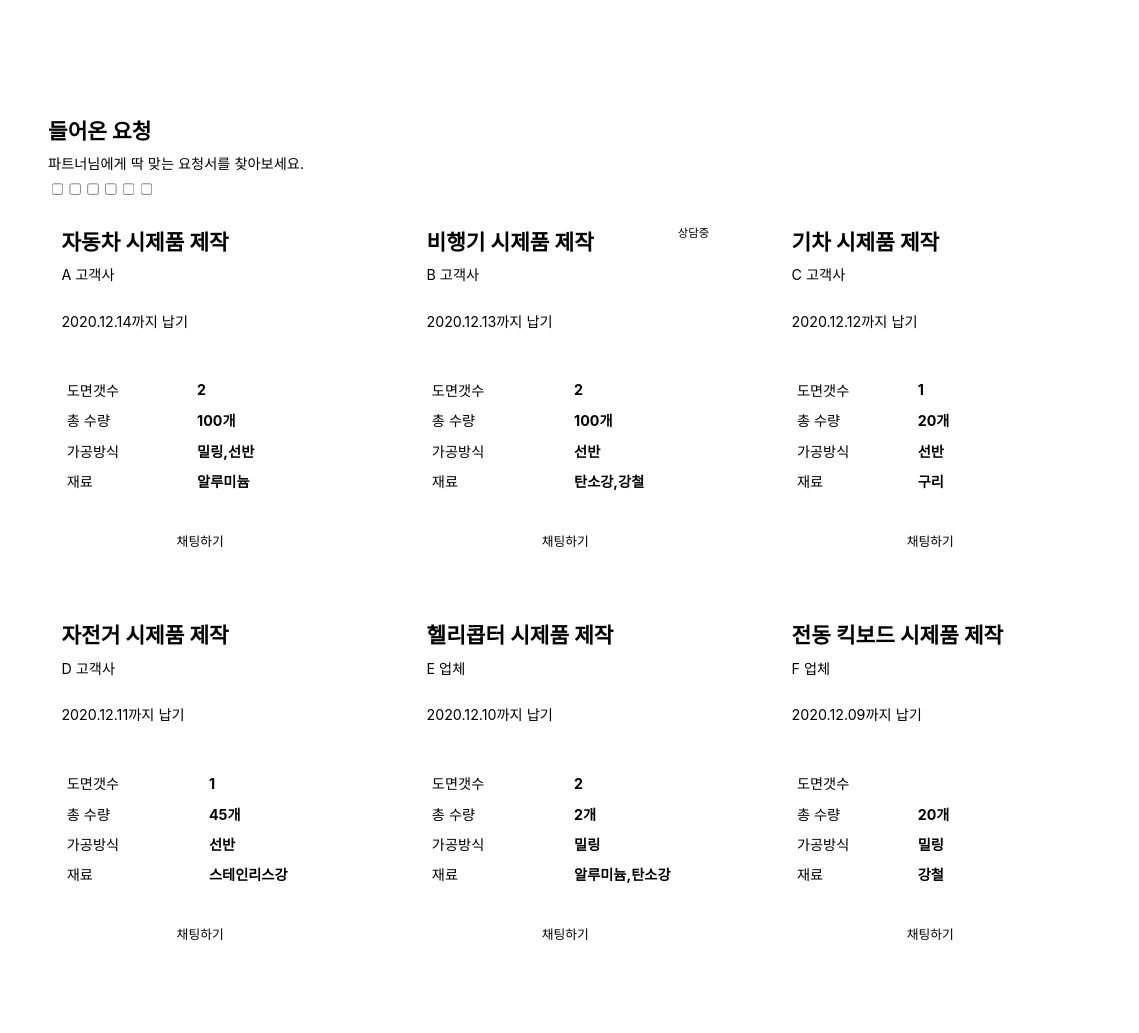
Repository: seoulsaram/capa
Page: /
These files come from the project's save history. The page is drawn as it stood at one moment and after the next save; the edit follows.
The browser window is 1280 px wide. The pictures show the whole page, at 89% of full size.
The project was rebuilt for these pictures with package versions that can differ from the ones it lists, and the page was loaded fresh each time. Requests to the local data server were answered from the project's data file. Also part of the build but not shown: src/App.css, src/components/filter/filter.module.css.

Above is the page before, as saved 2021-03-06 02:34:46.

### public/index.html
<!DOCTYPE html>
<html lang="en">
  <head>
    <meta charset="utf-8" />
    <link rel="icon" href="%PUBLIC_URL%/favicon.ico" />
    <meta name="viewport" content="width=device-width, initial-scale=1" />
    <meta name="theme-color" content="#000000" />
    <meta name="description" content="Web site created using create-react-app" />

    <title>React App</title>
  </head>
  <body>
    <noscript>You need to enable JavaScript to run this app.</noscript>
    <div id="root"></div>
  </body>
</html>

### src/index.js
import React from "react";
import ReactDOM from "react-dom";
import "./index.css";
import App from "./app";
import RequestInfo from "./service/request_info";

const requestInfo = new RequestInfo();

ReactDOM.render(
  <React.StrictMode>
    <App requestInfo={requestInfo} />
  </React.StrictMode>,
  document.getElementById("root")
);

### src/App.js
import "./app.css";
import Header from "./components/header/header";
import ItemContainer from "./components/item_container/item_container";
import RequestBox from "./components/request_box/request_box";

function App({ requestInfo }) {
  return (
    <div>
      <Header />
      <ItemContainer requestInfo={requestInfo} />
    </div>
  );
}

export default App;

### src/service/request_info.js
class RequestInfo {
  constructor() {
    this.getrequestOptions = {
      method: "GET",
    };
  }

  async getInfo() {
    const response = await fetch("http://localhost:3002/requests", this.getrequestOptions);
    const res = await response.json();
    return res;
  }
}

export default RequestInfo;

### src/components/header/header.js
import React, { memo } from "react";
import styles from "./header.module.css";

const Header = (props) => (
  <div className={styles.header}>
    <div className={styles.headerLeft}>
      <p>CAPA</p>
      <p>파트너스</p>
    </div>
    <div className={styles.headerRight}>
      <p>A가공업체</p>
      <div className={styles.line}></div>
      <p>로그아웃</p>
    </div>
  </div>
);

export default Header;

### src/components/item_container/item_container.js
import React, { useEffect, useState } from "react";
import Filter from "../filter/filter";
import RequestBox from "../request_box/request_box";
import styles from "./item_container.module.css";

const ItemContainer = ({ requestInfo }) => {
  const [reqInfo, setReqInfo] = useState([]);

  useEffect(() => {
    requestInfo.getInfo().then((info) => setReqInfo(info));
  }, [requestInfo]);

  return (
    <section className={styles.section}>
      <h2 className={styles.title}>들어온 요청</h2>
      <p className={styles.desc}>파트너님에게 딱 맞는 요청서를 찾아보세요.</p>
      <Filter reqInfo={reqInfo} />
      <RequestBox reqInfo={reqInfo} />
    </section>
  );
};

export default ItemContainer;

### src/components/request_box/request_box.jsx
import React from "react";
import styles from "./request_box.module.css";

const RequestBox = ({ reqInfo }) => {
  return (
    <ul className={styles.cards}>
      {reqInfo.map((info) => (
        <div key={info.id} className={styles.card}>
          <div className={styles.top}>
            <div className={styles.titleContainer}>
              <h2>{info.title}</h2>
              {info.status === "상담중" && <div className={styles.status}>{info.status}</div>}
            </div>
            <p className={styles.client}>{info.client}</p>
            <p className={styles.due}>{info.due}까지 납기</p>
          </div>
          <div className={styles.line}></div>
          {/* 테이블 로만들기 */}
          <table className={styles.bottom}>
            <tbody className={styles.order}>
              <tr>
                <td className={styles.orderTitle}>도면갯수</td>
                <td className={styles.orderBold}>{info.count}</td>
              </tr>
              <tr>
                <td className={styles.orderTitle}>총 수량</td>
                <td className={styles.orderBold}>{info.amount}개</td>
              </tr>
              <tr>
                <td className={styles.orderTitle}>가공방식</td>
                <td className={styles.orderBold}>{info.method.join(",")}</td>
              </tr>
              <tr>
                <td className={styles.orderTitle}>재료</td>
                <td className={styles.orderBold}>{info.material.join(",")}</td>
              </tr>
            </tbody>
          </table>
          <div className={styles.btnContainer}>
            <button className={styles.reqBtn}>요청 내역 보기</button>
            <button className={styles.chatBtn}>채팅하기</button>
          </div>
        </div>
      ))}
    </ul>
  );
};

export default RequestBox;

// {
//     "id": 1,
//     "title": "자동차 시제품 제작",
//     "client": "A 고객사",
//     "due": "2020.12.14",
//     "count": 2,
//     "amount": 100,
//     "method": ["밀링", "선반"],
//     "material": ["알루미늄"],
//     "status": "대기중"
//   },

### src/components/header/header.module.css
@value MakeBlue from '../../common/color.css';

.header {
  display: flex;
  justify-content: space-between;
  padding: 5px 20px;
  background-color: MakeBlue;
  color: white;
}

.headerLeft {
  display: flex;
  align-items: center;
}

.headerRight {
  display: flex;
  align-items: center;
}

.line {
  width: 2px;
  height: 50%;
  background-color: white;
  margin: 0px 14px;
}

### src/components/filter/filter.jsx
import React from "react";
import styles from "./filter.module.css";

const Filter = ({ reqInfo }) => {
  return (
    <section className={styles.section}>
      {/* 가공방식 */}
      <div className={styles.filter}>
        <div>
          {reqInfo.map((num) => (
            <input type="checkbox" value={num.method} key={num.id} />
          ))}
          {console.log(reqInfo.method)}
        </div>
      </div>
      {/* 재료 */}
      <div className={styles.filter}></div>
      <div></div>
      <div></div>
    </section>
  );
};

export default Filter;

// "requests": [
//     {
//       "id": 1,
//       "title": "자동차 시제품 제작",
//       "client": "A 고객사",
//       "due": "2020.12.14",
//       "count": 2,
//       "amount": 100,
//       "method": ["밀링", "선반"],
//       "material": ["알루미늄"],
//       "status": "대기중"
//     },

### src/components/item_container/item_container.module.css
@value MakeBlue,MakeBlack,MakeLightBlue,MakeGrey,MakeLightGrey,MakeYellow from '../../common/color.css';
.section {
  padding: 54px;
  color: MakeBlack;
}

.title,
.desc {
  margin: 8px 0px;
}

### src/components/request_box/request_box.module.css
@value MakeBlue,MakeBlack,MakeLightBlue,MakeGrey,MakeLightGrey,MakeYellow from '../../common/color.css';

* {
  box-sizing: border-box;
}
.cards {
  display: flex;
  justify-content: space-between;
  flex-wrap: wrap;
}

ul {
  margin: 0;
  padding: 0;
}

.card {
  width: 30%;
  border: 1px solid MakeLightGrey;
  border-radius: 3px;
  padding: 10px 15px;
  margin-bottom: 15px;
}

.card:hover {
  border: 1px solid MakeLightBlue;
}

.titleContainer {
  display: flex;
  align-items: center;
  justify-content: space-between;
}

.titleContainer > h2 {
  margin-bottom: 0px;
}

.client {
  margin: 8px 0px;
}
.due {
  color: MakeGrey;
  margin-top: 28px;
}

.status {
  border: 1px solid MakeYellow;
  border-radius: 45px;
  padding: 4px;
  font-size: 0.8rem;
  color: MakeYellow;
}

.line {
  width: 98%;
  height: 2px;
  margin: auto;
  background-color: MakeLightGrey;
}
.bottom {
  margin-top: 30px;
  margin-bottom: 15px;
}

td {
  width: 25%;
  padding: 4px;
}

.orderBold {
  font-weight: 700;
}

.reqBtn,
.chatBtn {
  margin: 15px 4px;
  padding: 8px 10px;
  background-color: transparent;
  border: none;
  border-radius: 0.2rem;
  outline: none;
  font-size: 0.9rem;
  cursor: pointer;
}

.reqBtn {
  color: white;
  background-color: MakeLightBlue;
}

.chatBtn {
  border: 1px solid MakeLightBlue;
  color: MakeLightBlue;
}

### db.json
{
  "requests": [
    {
      "id": 1,
      "title": "자동차 시제품 제작",
      "client": "A 고객사",
      "due": "2020.12.14",
      "count": 2,
      "amount": 100,
      "method": ["밀링", "선반"],
      "material": ["알루미늄"],
      "status": "대기중"
    },
    {
      "id": 2,
      "title": "비행기 시제품 제작",
      "client": "B 고객사",
      "due": "2020.12.13",
      "count": 2,
      "amount": 100,
      "method": ["선반"],
      "material": ["탄소강", "강철"],
      "status": "상담중"
    },
    {
      "id": 3,
      "title": "기차 시제품 제작",
      "client": "C 고객사",
      "due": "2020.12.12",
      "count": 1,
      "amount": 20,
      "method": ["선반"],
      "material": ["구리"],
      "status": "대기중"
    },
    {
      "id": 4,
      "title": "자전거 시제품 제작",
      "client": "D 고객사",
      "due": "2020.12.11",
      "count": 1,
      "amount": 45,
      "method": ["선반"],
      "material": ["스테인리스강"],
      "status": "대기중"
    },
    {
      "id": 5,
      "title": "헬리콥터 시제품 제작",
      "client": "E 업체",
      "due": "2020.12.10",
      "count": 2,
      "amount": 2,
      "method": ["밀링"],
      "material": ["알루미늄", "탄소강"],
      "status": "대기중"
    },
    {
      "id": 6,
      "title": "전동 킥보드 시제품 제작",
      "client": "F 업체",
      "due": "2020.12.09",
      "docs": 1,
      "amount": 20,
      "method": ["밀링"],
      "material": ["강철"],
      "status": "대기중"
    }
  ]
}

Loaded but not shown: src/index.css (common file)

After the next save:
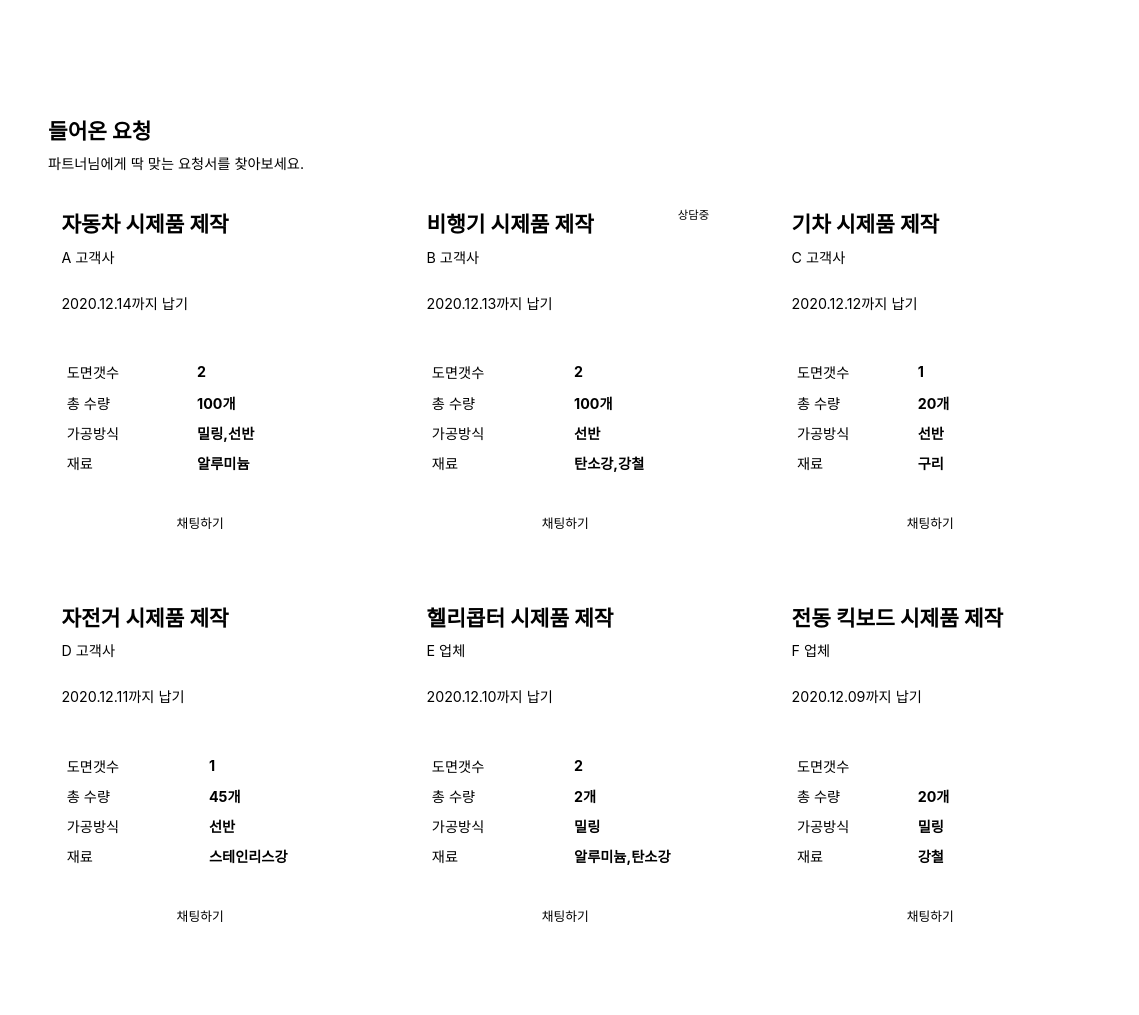
Saved 42 s later.
--- a/src/components/filter/filter.jsx
+++ b/src/components/filter/filter.jsx
@@ -7,10 +7,10 @@
       {/* 가공방식 */}
       <div className={styles.filter}>
         <div>
-          {reqInfo.map((num) => (
-            <input type="checkbox" value={num.method} key={num.id} />
-          ))}
-          {console.log(reqInfo.method)}
+          {reqInfo.map((num) => {
+            console.log(num.method);
+            <input type="checkbox" value={num.method} key={num.id} />;
+          })}
         </div>
       </div>
       {/* 재료 */}

After the 2 saves that followed:
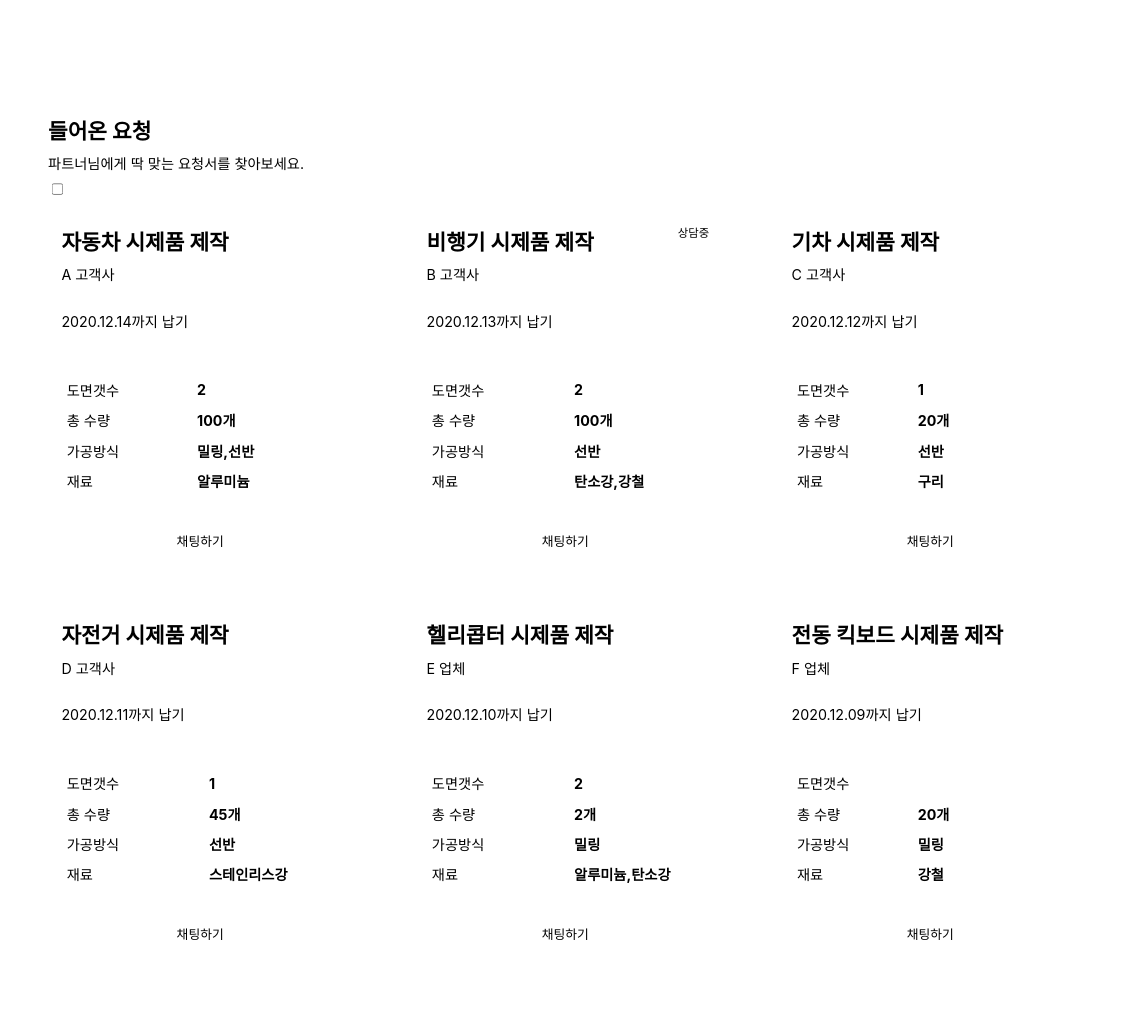
The 2 saves are shown as one change because 1 left the picture as it was.
The last was saved 3 min 6 s later.
--- a/src/components/filter/filter.jsx
+++ b/src/components/filter/filter.jsx
@@ -7,10 +7,7 @@
       {/* 가공방식 */}
       <div className={styles.filter}>
         <div>
-          {reqInfo.map((num) => {
-            console.log(num.method);
-            <input type="checkbox" value={num.method} key={num.id} />;
-          })}
+          <input type="checkbox" value="밀링" />
         </div>
       </div>
       {/* 재료 */}
